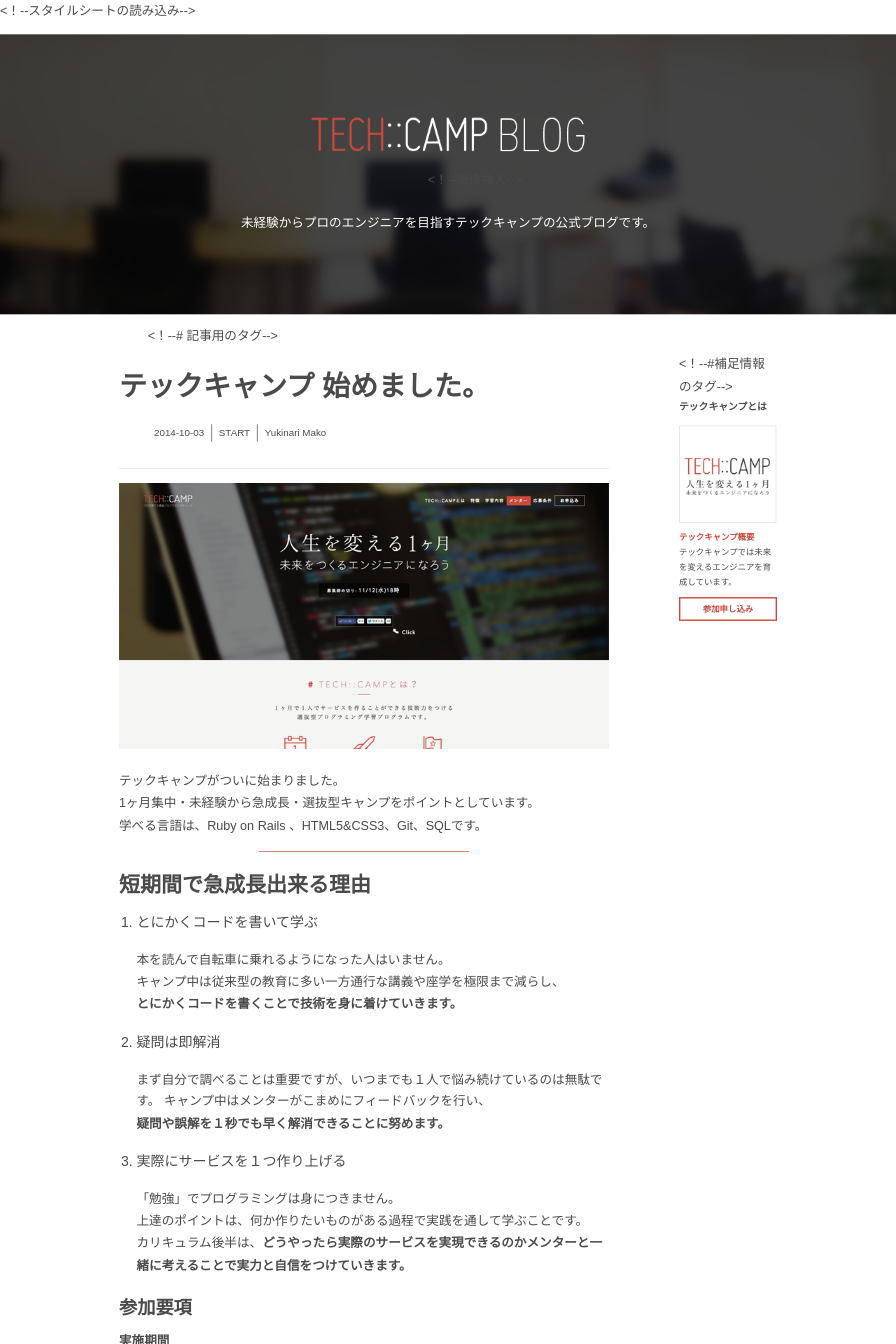
Repository: Kame0012/git_nekotter
Page: techcamp_htmlcss/techcamp_blog/index.html
The author's editor kept a record of every edit. The page is drawn from the files as they stood at one moment, then again after the next edit.
The browser window is 1280 px wide. The pictures show the part of the page from y = 0 to 1920 px (the page is 2668 px tall), at 70% of full size.

Above is the page before.

After the next edit:
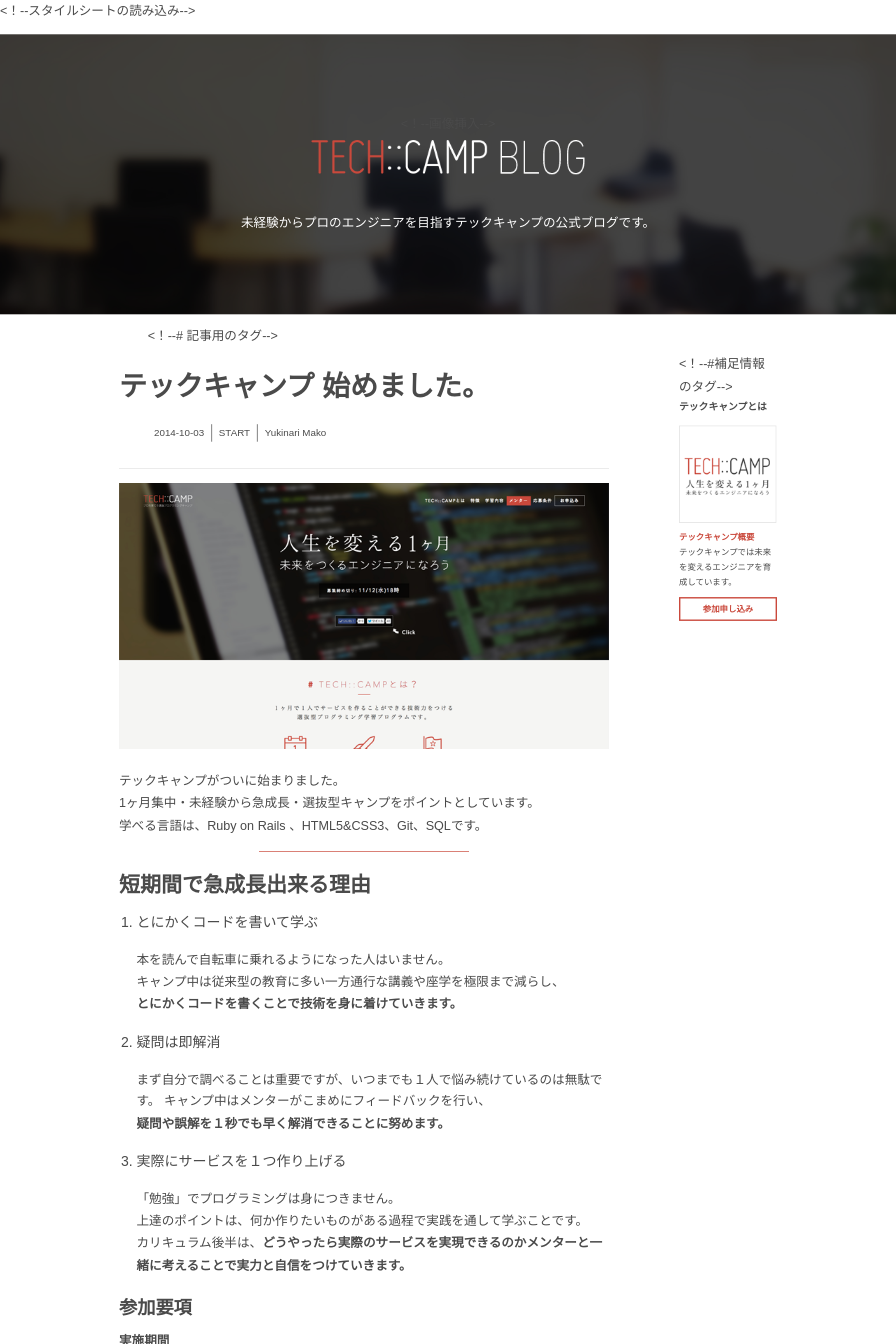
The edit:
--- a/techcamp_htmlcss/techcamp_blog/index.html
+++ b/techcamp_htmlcss/techcamp_blog/index.html
@@ -8,7 +8,8 @@
 
   <body>
     <header id="mainHeader">
-      <h1><img src="images/logo.png" alt="テックキャンプ BLOG"></h1>　　　    　<！--画像挿入-->
+      <！--画像挿入-->
+      <h1><img src="images/logo.png" alt="テックキャンプ BLOG"></h1>
       <p>未経験からプロのエンジニアを目指すテックキャンプの公式ブログです。</p>
     </header>
 
